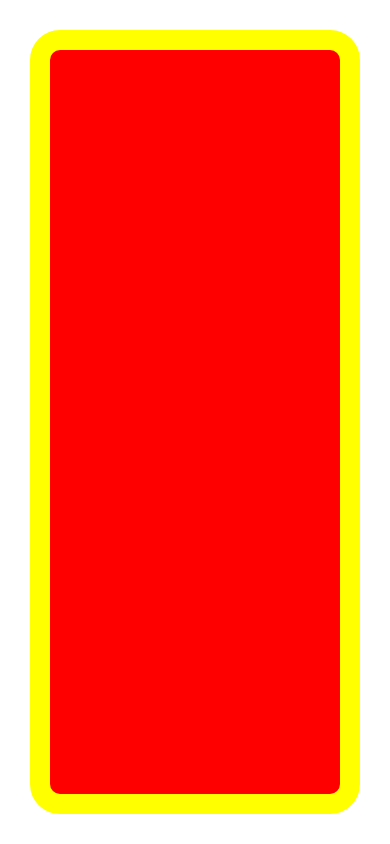
Repository: akinmiday/ReactNativeApp
Screen: /
The author's editor kept a copy of each file at every save. The screen is drawn from the files as they stood at one save, then again after the next save.
The app was drawn by React Native's web renderer in a window 390 px wide. The project was rebuilt for these pictures with package versions that can differ from the ones it lists, and the page was loaded fresh each time.

Above is the screen before, as saved 2023-08-06 16:14:27.

After the next save:
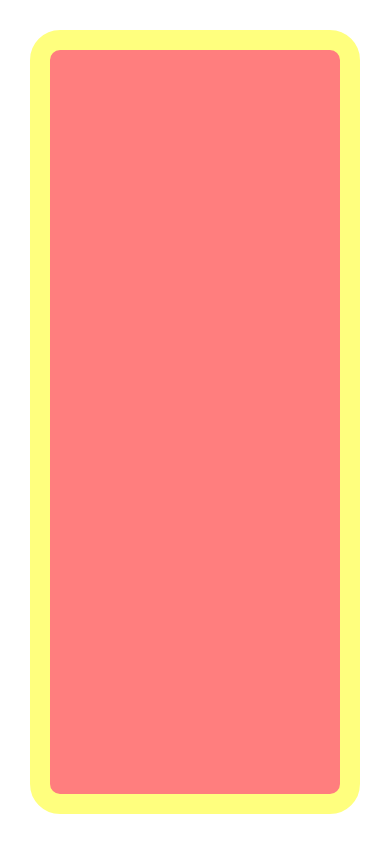
Saved 32 s later.
--- a/styles.js
+++ b/styles.js
@@ -9,6 +9,7 @@ const styles = StyleSheet.create({
     borderColor: "yellow",
     borderRadius: 30,
     borderWidth: 20,
+    opacity: 0.5,
   },
   input: {
     backgroundColor: "pink",
